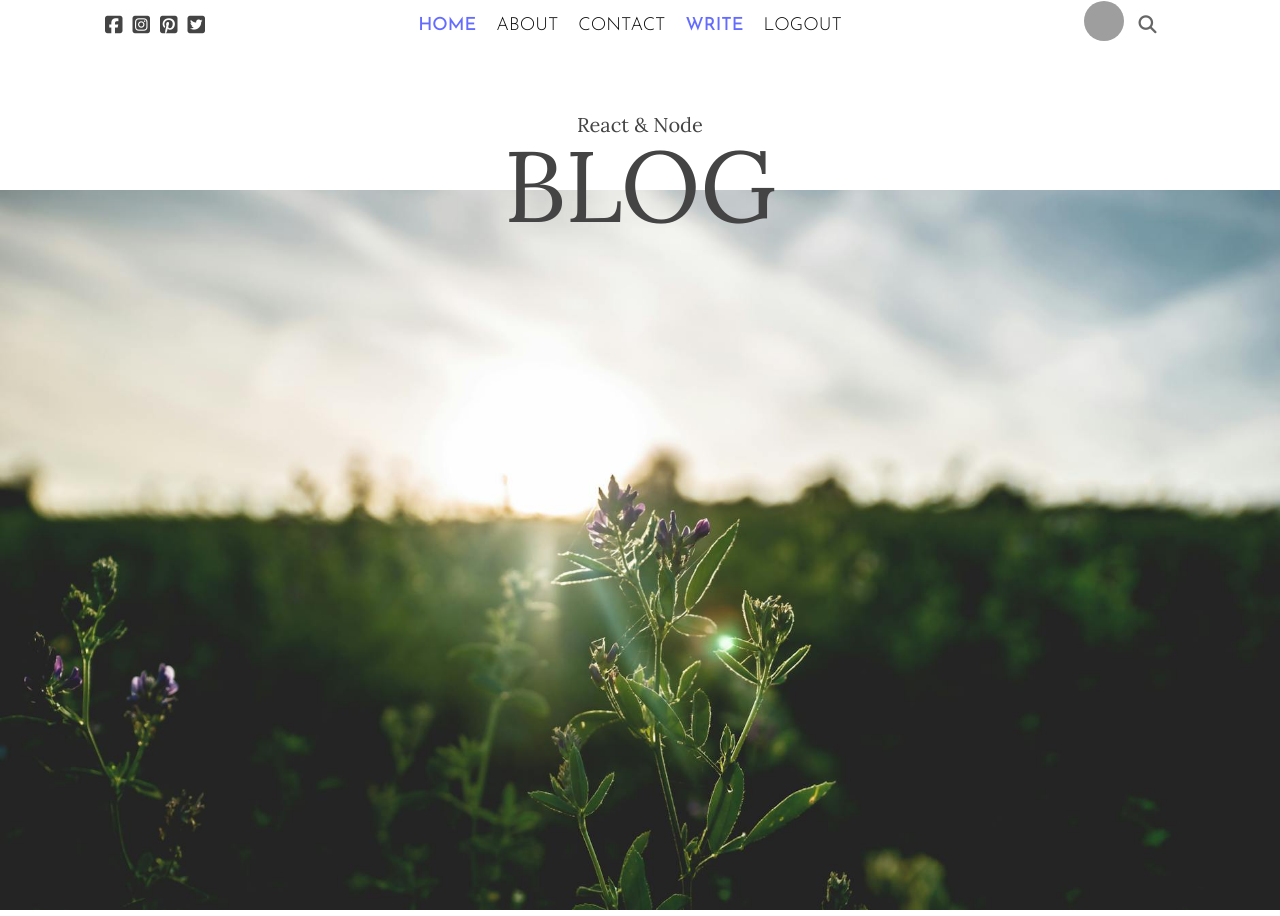
Repository: SahanChathura0730/BlogApp
Page: / (app in FrontEnd/)
These files come from the project's save history. The page is drawn as it stood at one moment and after the next save; the edit follows.
The browser window is 1280 px wide. The pictures show the whole page.
Pictures or frames that could not be fetched are drawn as grey boxes. Some web libraries are served in a nearby version. The project was rebuilt for these pictures with package versions that can differ from the ones it lists, and the page was loaded fresh each time.

Above is the page before, as saved 2024-08-27 01:50:06.

After the next save:
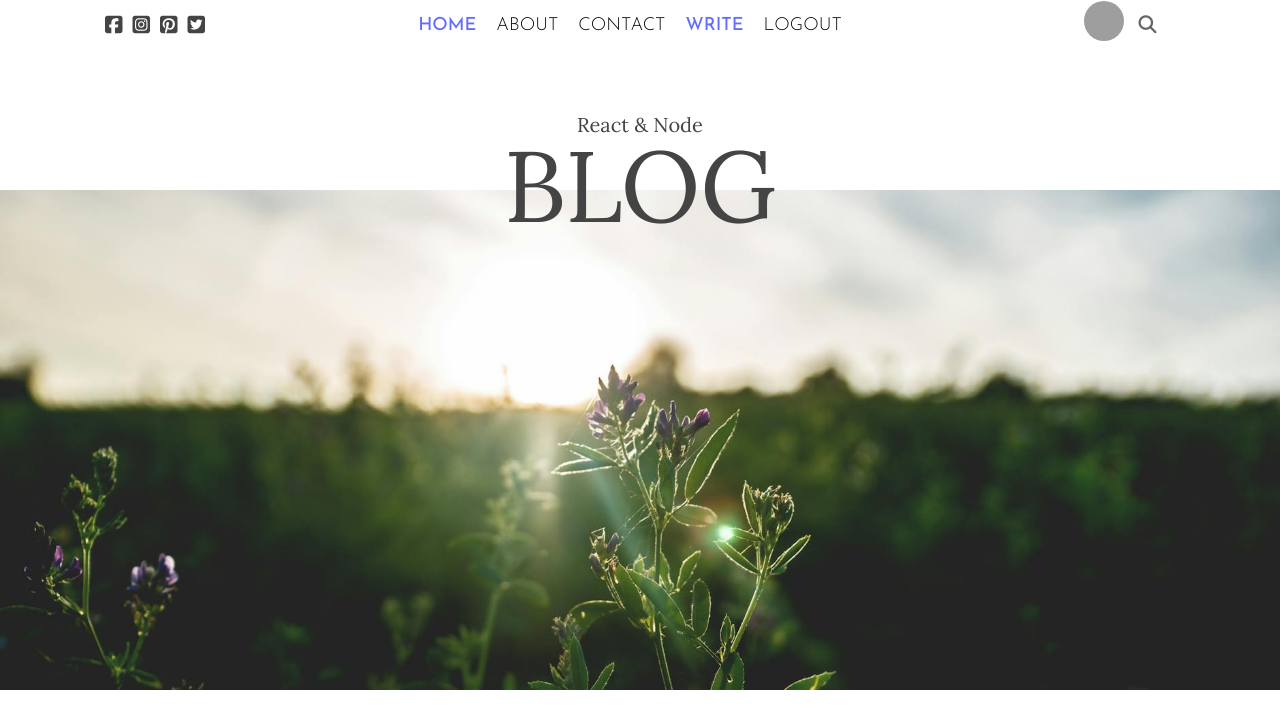
Saved 13 min 15 s later.
--- a/FrontEnd/src/component/Header/header.css
+++ b/FrontEnd/src/component/Header/header.css
@@ -26,7 +26,7 @@
 
  .headerImg {
    width: 100%;
-   height: 100%;
+   height: 500px;
    margin-top: 80px;
    object-fit: cover;
  }
